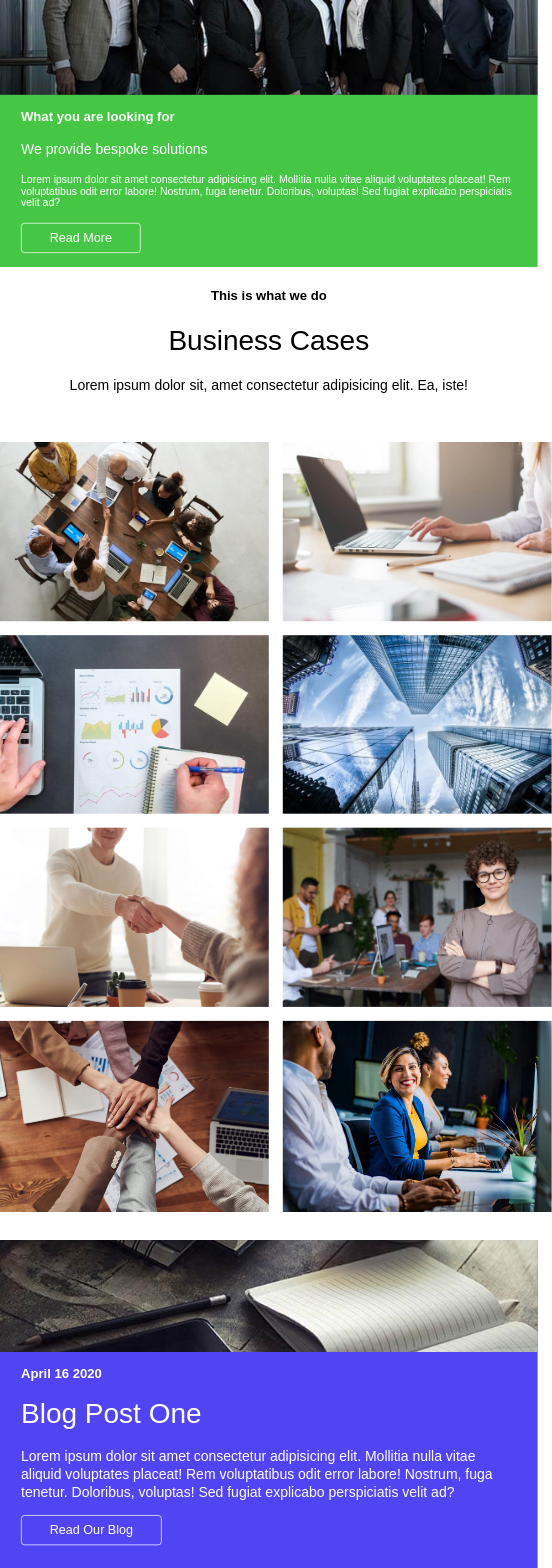
Repository: reemoon-ctrl/swiftdisk-Website-Flexbox
Page: index.html
An editor plug-in stored every save of this project. The page is shown before and after a run of saves, followed by the edit.
The browser window is 768 px wide. The page is 788 px wide, so the pictures cover 788 px, including what lies to the right of the window. The pictures show the part of the page from y = 1829 to 4069 px (the page is 6952 px tall before and 6981 px after), at 70% of full size.
Some web fonts or font styles are not loaded; a fallback is used.

Above is the page before, as saved 2024-07-28 11:41:31.

### index.html
<!DOCTYPE html>
<html lang="en">
<head>
    <meta charset="UTF-8">
    <meta name="viewport" content="width=device-width, initial-scale=1.0">
    <title>
        Swift Desk
    </title>
    <link rel="stylesheet" href="https://cdnjs.cloudflare.com/ajax/libs/pretendard-gov/1.3.9/variable/pretendardvariable-gov.css" integrity="sha512-8+hQBaMPOtCpDlrIo2m0mrtjxkbHDG7Qn6+ftvl8QmG21EGNQTP8Qi76h2VgHyol77soXLVZuuZDX953JC10hw==" crossorigin="anonymous" referrerpolicy="no-referrer" />
    <link rel="stylesheet" href="https://cdnjs.cloudflare.com/ajax/libs/font-awesome/6.0.0-beta3/css/all.min.css">

    <link rel="stylesheet" href="index.css">
    <link rel="stylesheet" href="media.css">
</head>
<body>
    <div class="show-case">
        <header>
            <div class="nav-bar">
                <div class="title-bar">
                    <i class="fas fa-desktop fa-2x" style="color: rgb(37, 187, 37)"></i>
                    <h1 class="title"><span class="fword"> Swift</span>Desk</h1>
                </div>
                <div class="link-bar">
                    <a href="index.html">Home</a>
                    <a href="#about">About</a>
                    <a href="#cases">Cases</a>
                    <a href="#blog">Blog</a>
                    <a href="#contact">Contact</a>
                </div>
            </div>
        </header>
        <header class="hd-content">
            <h1>The Sky Is The Limit</h1>
            <p>We provide world class financial assistance
            </p>
            <a href=""><i class="fas fa-chevron-right "></i> Read More</a>

        </header>

    </div>
    <main>
        <div class="about-section">
            <ul id="about"class="about-srvice" >
                <li><i class="fas fa-university " ></i>
                    <h3>Portfolio Manager</h3>
                    <p>Lorem ipsum dolor sit, amet consectetur
                         adipisicing elit. Voluptate, voluptas!</p>
                </li>
                <li><i class="fas fa-book-open-reader " ></i>
                    <h3>Portfolio Manager</h3>
                    <p>Lorem ipsum dolor sit, amet consectetur
                         adipisicing elit. Voluptate, voluptas!</p></li>
                <li><i class="fas fa-pen-fancy " ></i>
                    <h3>Tax&Custodial</h3>
                    <p>Lorem ipsum dolor sit, amet consectetur
                         adipisicing elit. Voluptate, voluptas!</p></li>
            </ul>
        </div>
        <div>
            <div class="solutions">
                <div class="img"></div>
                <div class="solution-content">
                    <h3>What you are looking for</h3>
                    <h2>We provide bespoke solutions</h2>
                    <p>Lorem ipsum dolor sit amet consectetur
                        adipisicing elit. Mollitia nulla vitae aliquid voluptates placeat! Rem voluptatibus odit error labore! Nostrum, fuga tenetur. Doloribus, voluptas! Sed
                        fugiat explicabo perspiciatis velit ad?</p>
                    <a href="index.html">Read More</a>
                 </div>
            </div>
        </div>
        <div class="Business-case" id="cases">
            <div class="Business-case-content">
                <h3>This is what we do</h3>
                <h2>Business Cases</h2>
                <p>Lorem ipsum dolor sit, amet consectetur
                     adipisicing elit. Ea, iste!</p>
            </div>
            <div class="BC-image">
                <img class="BCimg BCimg1" src="/img/cases/cases1.jpg" alt="">
                <img  class="BCimg BCimg2" src="/img/cases/cases2.jpg" alt="">
                <img class="BCimg BCimg3" src="/img/cases/cases3.jpg" alt="">
                <img class="BCimg BCimg4" src="/img/cases/cases4.jpg" alt="">
                <img class="BCimg BCimg5" src="/img/cases/cases5.jpg" alt="">
                <img class="BCimg BCimg6" src="/img/cases/cases6.jpg" alt="">
                <img class="BCimg BCimg7" src="/img/cases/cases7.jpg" alt="">
                <img class="BCimg BCimg8" src="/img/cases/cases8.jpg" alt="">
            </div>
        </div>

        <div>
            <div class="blog" id="blog">
                <div class="img"></div>
                <div class="blog-content">
                    <h3>April 16 2020</h3>
                    <h2>Blog Post One</h2>
                    <p>Lorem ipsum dolor sit amet consectetur
                        adipisicing elit. Mollitia nulla vitae aliquid voluptates placeat! Rem voluptatibus odit error labore! Nostrum, fuga tenetur. Doloribus, voluptas! Sed
                        fugiat explicabo perspiciatis velit ad?</p>
                    <a href="blog.html">Read Our Blog</a>
                 </div>
            </div>
        </div>
        <div class="Business-case">
            <div class="Business-case-content">
                <h3>Who we are</h3>
                <h2>Our Professional Team</h2>
                <p>Lorem ipsum dolor sit, amet consectetur
                     adipisicing elit. Ea, iste!</p>
            </div>
            <div class="our-team">
                <ul class="team-image">
                    <li><img  class="tmimg tm-img1" src="/img/team/person1.jpg" alt=""><h4>John Doe</h4><p>President</p></li>
                    <li><img  class="tmimg tm-img2" src="/img/team/person2.jpg" alt=""><h4>Jane Doe</h4><p>Vice President</p></li>
                    <li><img class="tmimg tm-img3" src="/img/team/person3.jpg" alt=""><h4>Steve Smith</h4><p>Marketing Head</p></li>
                </ul>
            </div>
        </div>
        <div>
            <div class="request" id="contact">
                <div class="img"></div>
                <div class="form-content">
                    <h2>Request Callback</h2>
                    <form class="requwst-form"action="">
                        <input type="text" name="name" id="name" placeholder="enter name">
                        <input type="email" name="Email" id="Email" placeholder="enter email">
                        <input type="tel" name="phone" id="phone" placeholder="enter  phone number">
                        <input type="submit" value="Send" id="submit">
                    </form>


                 </div>

            </div>
        </div>

    </main>
    <footer>
        <ul class="footer-icon">
            <li><a href=""><i class="fa-brands fa-facebook"></i></a></li>
            <li><a href=""><i class="fa-brands fa-twitter"></i></a></li>
            <li><a href=""><i class="fa-brands fa-linkedin"></i></a></li>
            <li><a href=""><i class="fa-brands fa-youtube"></i></a></li>
        </ul>
        <p>copyright &copy; 2020-SwiftDesk</p>
    </footer>



</body>
</html>

### index.css
@import url('https://fonts.googleapis.com/css2?family=Open+Sans:ital,wght@0,300..800;1,300..800&family=Poppins:ital,wght@0,100;0,200;0,300;0,400;0,500;0,600;0,700;0,800;0,900;1,100;1,200;1,300;1,400;1,500;1,600;1,700;1,800;1,900&display=swap');


*{
    box-sizing: border-box;
    margin: 0;
    padding: 0;
}

body{
    font-family: 'Open Sans ', sans-serif;
}
h1,h2{
    font-weight: 300;
}
.nav-bar{
    display: flex;
    justify-content:space-between ;
    padding: 20px 20px;
    color:#fff;
    background-color: #333333cd;
    position: fixed;
    top: 0px;
    height:70px;
    width:100vw;
}
.title-bar{
    align-items: center;
    flex-grow: 1;
    display: flex;
    gap:.5rem;


}
.title-bar h1{
    display:inline-block;
    font-size:2.5rem;
    font-weight: 400;
}

.link-bar{

    /* flex-grow:1 ; */
    align-self: center;
    display: flex;
}
.link-bar a{
    padding: 23.5px 20px;
    color:#fff;
    text-decoration: none;


}
.link-bar a:hover{
    border-bottom: 2px #25bb25 solid;
}
.fword{
    color:#25bb25;
}
.show-case{
   height:100vh;
   text-align: center;
   color:#fff;
   position: relative;
   background:  url('img/home/showcase.jpg') no-repeat center center/cover;
}
.show-case *{
    z-index: 10;
}
.show-case::before{
    content:'';
    position: absolute;
    background: hsla(0%, 0%, 0%, 0.5);
    left: 0;
    top:0;
    width: 100%;
    height:100%;
}
.hd-content{
    padding-top: 18rem;
}
.hd-content h1{
    font-size: 3rem;
}
.hd-content p{
    font-size: 1.5rem;
    padding-top: .8rem;
    padding-bottom: .8rem;
}
.hd-content a{
    color: #fff;
    background:#45c745 ;
    padding: 10px 30px;
    border-radius: 5px;
    text-decoration: none;
    text-align: center;
    display: inline-block;
}
.about-section ul{
    display: flex;
    list-style: none;
    gap: 20px;

}
.about-srvice{
    padding: 50px ;
}
.about-srvice li{
    text-align: center;
}
.about-srvice li i{
    background-color: rgb(69, 199, 69);
    color:#fff;
    width:70px;
    height: 70px;
    border-radius: 70px;
    font-size: 40px;
    padding-top:15px ;


}
.about-srvice li h3{
    padding-top: 20px;
}
.about-srvice li p{
    padding-top: 20px;
    padding-bottom: 30px;
    font-size: 20px;
    color: dimgrey;
}

.solutions{
    display:flex;
    background: #45c745;

}
.solutions .img{
    width:50%;
    background: url('/img/home/people.jpg') center center/cover no-repeat;

}
.solution-content{
    color:#fff;
    padding:20px 30px;
    height:25rem;
    width: 50%;
}
.solution-content h2{
    font-size: 40px;
    font-weight: 500;
    padding: 1.5rem 0px;
}
.solution-content p{
    font-size: 20px;
    line-height: 1.3;
    margin-bottom: 20px;
}
.solution-content a{
    padding: 10px 40px;
    border: 1px solid;
    color:#fff;
    text-decoration: none;
    border-radius: 5px;
    font-size: 18px;
    display: inline-block;

}
.Business-case{
    width: 100vw;
}
.Business-case-content{
    text-align: center;
    padding-left: 30px;
    padding-right: 30px;
}
.Business-case-content h3{
    padding: 30px 0px;
}
.Business-case-content h2{
   padding-bottom: 30px;
    font-size: 40px;
    font-weight: 500;
}
.Business-case-content p{
    padding-bottom: 30px;
    font-size: 20px;
}
.BC-image{
    display: grid;
    grid-template-columns:25% 25% 25% 25%;
   gap: 20px;
   padding: 40px 0px;
}
.BCimg{
    width: 100%;
    height:100%;
    object-fit: cover;


}
.BCimg:hover{
    opacity: 0.7;
}
/* //////////////////////////////////// */
.blog{
    display:flex;
    background: #5145f3;
    flex-direction: row-reverse;

}
.img{
    width:50%;
    background: url('/img/home/blog.jpg') center center/cover no-repeat;

}
.blog-content{
    color:#fff;
    padding:20px 30px;
    height:25rem;
    width: 50%;
}
.blog-content h2{
    font-size: 40px;
    font-weight: 500;
    padding: 1.5rem 0px;
}
.blog-content p{
    font-size: 20px;
    line-height: 1.3;
    margin-bottom: 20px;
}
.blog-content a{
    padding: 10px 40px;
    border: 1px solid;
    color:#fff;
    text-decoration: none;
    border-radius: 5px;
    font-size: 18px;
    display: inline-block;

}
.our-team{
    padding-bottom: 40px;
}
.team-image{
    display: flex;
    justify-content: space-around;
    width: 100vw;
    list-style: none;
    text-align: center;

}
.team-image li h4{
    padding: 15px;
}
.tmimg{
    width: 90%;
    height:70%;
    border-radius: 70%;

}
.request{
    display: flex;
    background-color: #f4f4f4;
}
.request .img{
    background: url(/img/home/contact.jpg);
}
.form-content{
    color:#333;
    padding:20px 30px;
    height:25rem;
    width: 50%;
}
.form-content h2{
    color:#333;
    font-size: 40px;
    font-weight: 500;
    padding: 1.5rem 0px;
    font-weight:lighter;
}
.requwst-form{
    display: flex;
    flex-direction: column;
    gap :20px;

}
.requwst-form input{
border: #ddd;
color: #333;
font-size: 15px;
padding: 10px;
}
.requwst-form input:focus{
    outline-color:#25bb25 ;
}
.requwst-form input[type=submit]{
    background: #25bb25;
    color:#fff;
    cursor: pointer;
    border-radius: 5px;


}
.requwst-form input[type=submit]:hover{
    background-color: #6de66d;

}
footer{
    background: #333;
    padding: 20px ;
}
.footer-icon{
    display: flex;
    align-items: center;
    justify-content: center;
    gap:25px;
}
.footer-icon li{
    list-style: none;
}
.footer-icon li a{
    color: #fff;
    font-size: 30px;
}
.footer-icon li a:hover{
    color: #45c745;
}

footer p{
    text-align: center;
    color: #fff;
    padding-top: 20px;

}
/* //////////blog page//////////////// */
#blog-case{
    height:fit-content;
    text-align: center;
    color:#fff;
    background:  url('img/home/blog.jpg') no-repeat center center/cover ;
 }
.blog-h1{
    font-size: 70px;
    font-weight: 400;
    padding-bottom: 50px;

 }
 .blog-light{
    display:flex;
    background: #fff;
    flex-direction: row-reverse;

}
.img-light{
    width:50%;
    background: url('/img/blog/blog1.jpg') center center/cover no-repeat;

}
.blog-content-light{
    color:#333;
    padding:20px 30px;
    height:25rem;
    width: 50%;
}
.blog-content-light h2{
    font-size: 40px;
    font-weight: 500;
    padding: .4rem 0px;
}
.blog-content-light h3{
    padding-bottom: 1.7rem;
}
.blog-content-light p{
    font-size: 20px;
    line-height: 1.3;
    margin-bottom: 20px;
}
.blog-content-light a{
    padding: 10px 30px;
    border: 1px solid;
    color:#fff;
    background-color: #333;
    text-decoration: none;
    border-radius: 5px;
    font-size: 18px;

}
.blog-dark{
    display:flex;
    background: #333;
    flex-direction: row-reverse;

}
.img-dark{
    width:50%;
    background: url('/img/blog/blog2.jpg') center center/cover no-repeat;

}
.blog-content-dark{
    color:#fff;
    padding:20px 30px;
    height:25rem;
    width: 50%;
}
.blog-content-dark h2{
    font-size: 40px;
    font-weight: 500;
    padding: .4rem 0px;
}
.blog-content-dark h3{
    padding-bottom: 1.7rem;
    font-weight:normal;
}
.blog-content-dark p{
    font-size: 20px;
    line-height: 1.3;
    margin-bottom: 20px;
}
.blog-content-dark a{
    padding: 10px 30px;
    border: 1px solid;
    color:#333;
    background-color: #fff;
    text-decoration: none;
    border-radius: 5px;
    font-size: 18px;

}
.last-blog .img-light{
    width:50%;
    background: url('/img/blog/blog3.jpg') center center/cover no-repeat;

}
.author{
    font-weight: 700;
}

### media.css
@media screen and (max-width:768px){
    .nav-bar{
        flex-direction: column;
        height:140px;
        justify-content: center;
        align-items: center;

    }
    .hd-content{
        padding-top: 15rem;
    }
    .hd-content h1{
        font-size: 1.5rem;
    }
    .hd-content p{
        font-size: .7rem;
        padding-top: .8rem;
        padding-bottom: .8rem;
    }
    .about-section ul{
        flex-direction: column;
    }
    .solutions{
        flex-direction: column;
    }
    .solutions .img{
        width:100%;
        height: 25rem;
    }
    .solution-content{
        width:100%;
        height: 100%;
    }
    .solution-content h2{
        font-size: 20px;
    }
    .solution-content p{
        font-size: 15px;
        line-height:1.1 ;
    }
    .BC-image{
        grid-template-columns:50% 50%;
    }
    .blog{
        flex-direction: column;

    }
    .img{
        width:100% ;
        height:10rem;
    }
    .blog-content{
        width:100%;
    }
    .team-image{
        flex-direction: column;
        gap :20px;
    }
    .request{
        flex-direction: column;
    }
    .request .img{
        width:100%;
        height:400px;
    }
    .form-content{
        width:100%;
    }


}

After the next 3 saves:
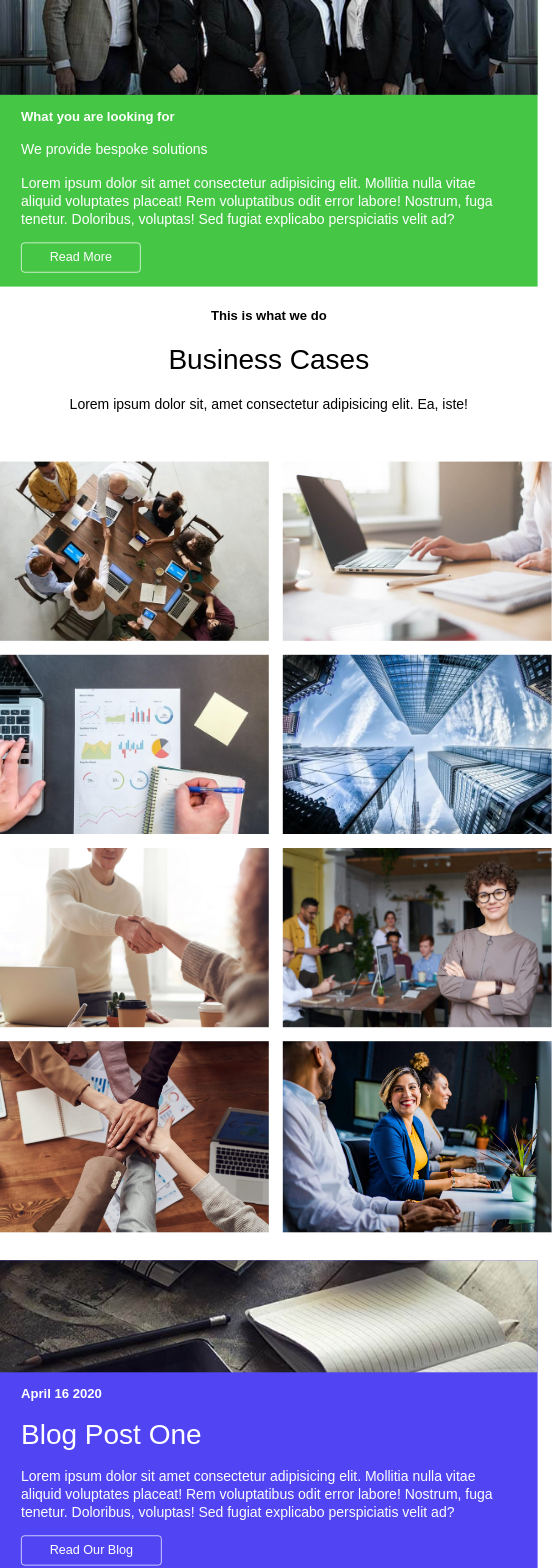
The 3 saves are shown as one change because they came seconds apart.
The last was saved 75 s later.
--- a/media.css
+++ b/media.css
@@ -35,8 +35,8 @@
         font-size: 20px;
     }
     .solution-content p{
-        font-size: 15px;
-        line-height:1.1 ;
+        /* font-size: 15px;
+        line-height:1.1 ; */
     }
     .BC-image{
         grid-template-columns:50% 50%;
